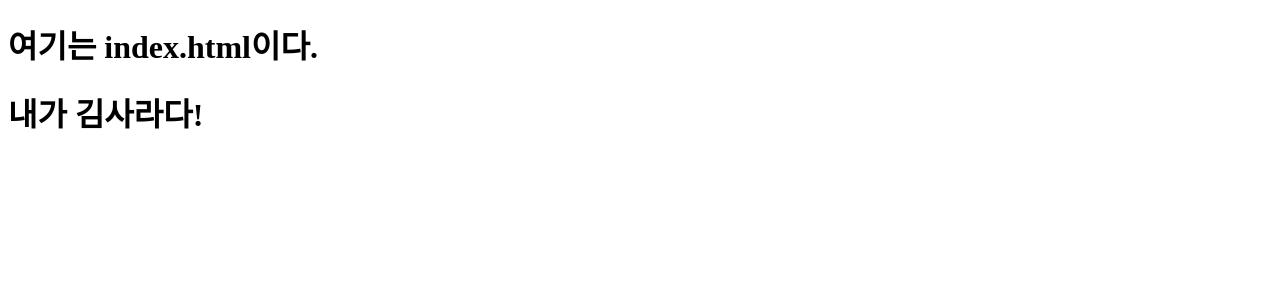
Repository: kong980/EclipseWork
Page: ServletTest3/src/main/webapp/Index.html
These files come from the project's save history. The page is drawn as it stood at one moment and after the next save; the edit follows.
The browser window is 1280 px wide. The pictures show the whole page.

Above is the page before, as saved 2023-09-14 02:58:58.

After the next save:
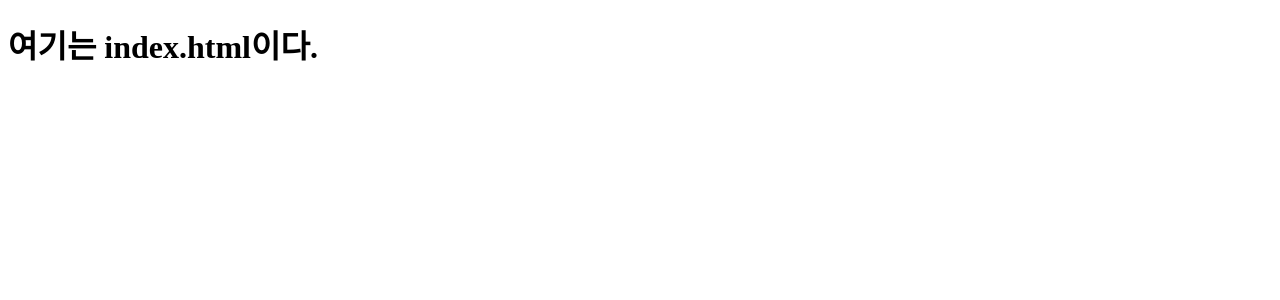
Saved 26 s later.
--- a/ServletTest3/src/main/webapp/Index.html
+++ b/ServletTest3/src/main/webapp/Index.html
@@ -6,6 +6,5 @@
 </head>
 <body>
 	<h1>여기는 index.html이다.</h1>
-	<h1>내가 김사라다!</h1>
 </body>
 </html>
